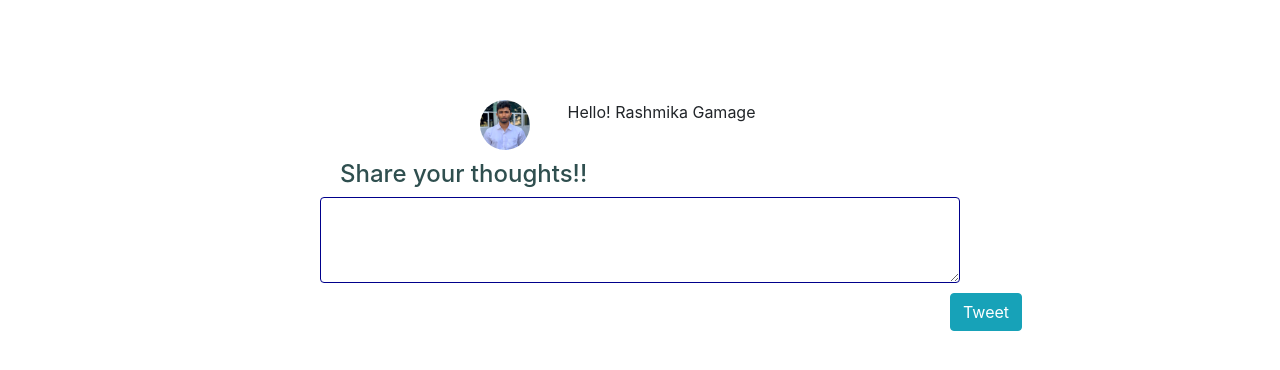
Repository: rashmikagamage/OAuth-Implementation
Page: / (app in frontend/)
These files come from the project's save history. The page is drawn as it stood at one moment and after the next save; the edit follows.
The browser window is 1280 px wide. The pictures show the whole page.
Some web libraries are served in a nearby version. The project was rebuilt for these pictures with package versions that can differ from the ones it lists, and the page was loaded fresh each time. Also part of the build but not shown: frontend/src/components/login.js, frontend/src/components/git-home.js, frontend/src/App.css.

Above is the page before, as saved 2021-09-08 10:46:26.

After the next save:
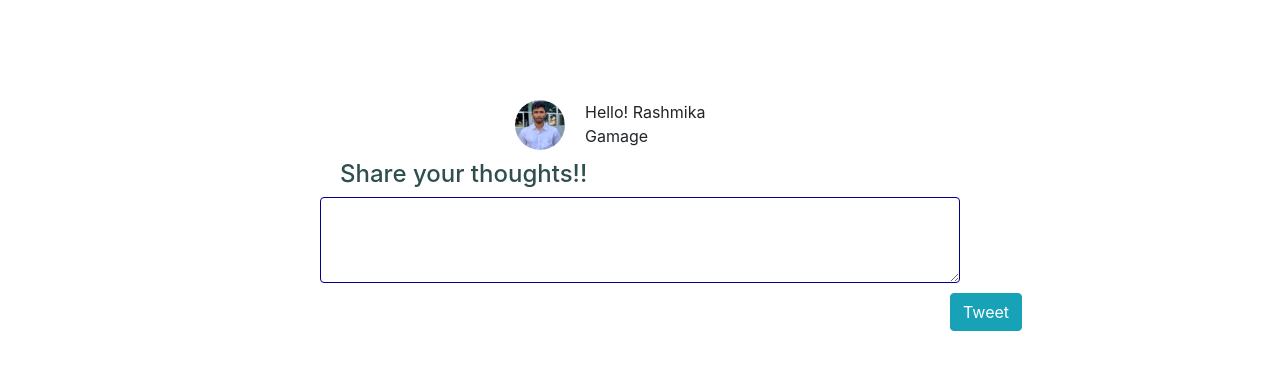
Saved 7 s later.
--- a/frontend/src/css/twitter.css
+++ b/frontend/src/css/twitter.css
@@ -34,6 +34,6 @@
   }
 
 .avatar-cont{
-    width: 350px;
+    width: 280px;
     margin-top: 100px;
 }
